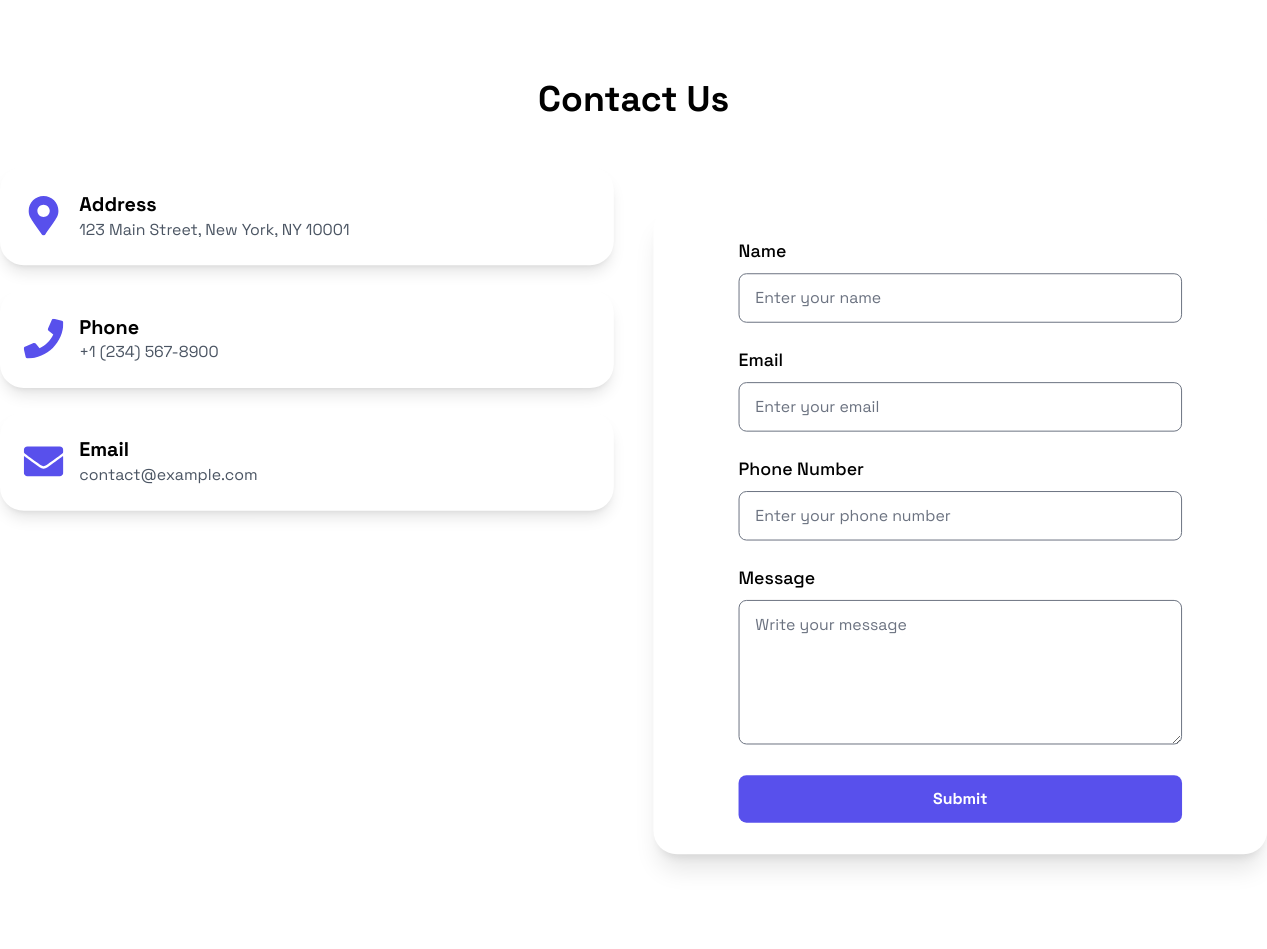
Repository: sabeelyousaf/clearterms
Page: /components/contact
These files come from the project's save history. The page is drawn as it stood at one moment and after the next save; the edit follows.
The browser window is 1280 px wide. The pictures show the whole page, at 99% of full size.
The project was rebuilt for these pictures with package versions that can differ from the ones it lists, and the page was loaded fresh each time. The framework's server and built-in components were replaced by stand-ins that run in the browser. Also part of the build but not shown: next.config.js.

Above is the page before, as saved 2024-12-01 01:59:34.

After the next save:
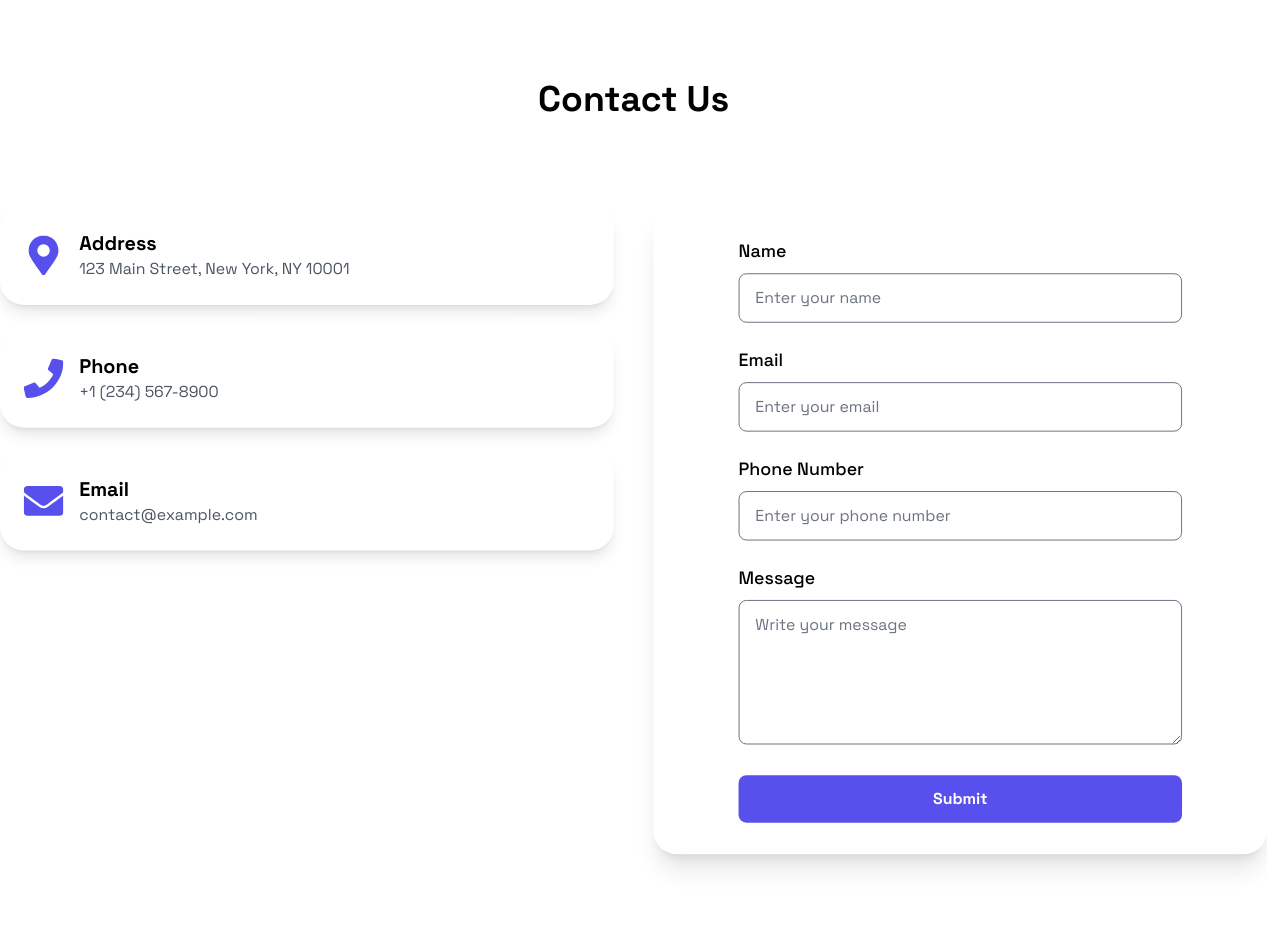
Saved 6 s later.
--- a/src/app/components/contact/page.jsx
+++ b/src/app/components/contact/page.jsx
@@ -57,7 +57,7 @@ const ContactComponent = () => {
         <h2 className="text-4xl font-bold text-center mb-12">Contact Us</h2>
         <div className="flex flex-wrap ">
           {/* Icons Section */}
-          <div className="w-full md:w-1/2 space-y-6 lg:pe-5 md:pe-5">
+          <div className="w-full md:w-1/2 space-y-6 lg:pe-5 md:pe-5 mob-margin">
             <div className="flex items-center gap-4 bg-white p-6 rounded-3xl shadow-lg">
               <FaMapMarkerAlt className="text-indigo-600 w-10 h-10" />
               <div>
